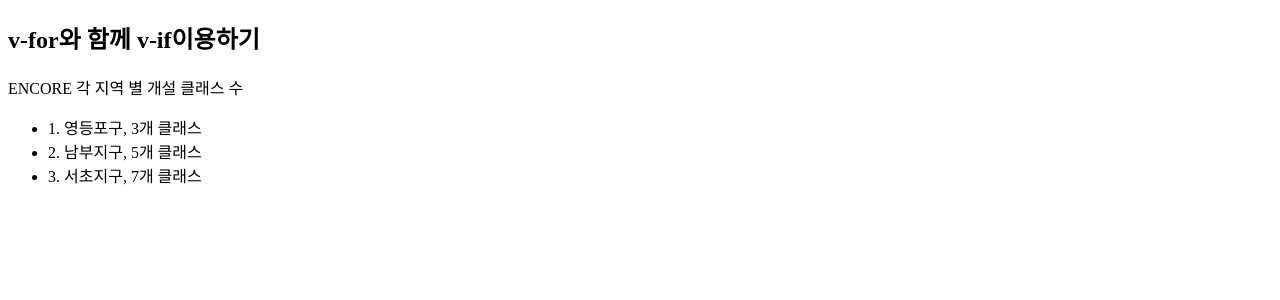
Repository: KangHoi/encore_vueWorkspace
Page: vue02_Methods/WebContent/vue10_vfor.html
These files come from the project's save history. The page is drawn as it stood at one moment and after the next save; the edit follows.
The browser window is 1280 px wide. The pictures show the whole page.
Some web libraries are served in a nearby version.

Above is the page before, as saved 2021-07-09 05:35:59.

After the next save:
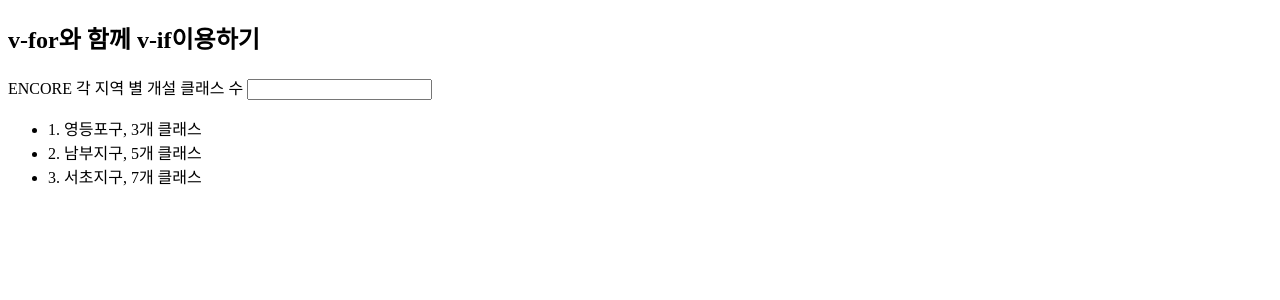
Saved 44 s later.
--- a/vue02_Methods/WebContent/vue10_vfor.html
+++ b/vue02_Methods/WebContent/vue10_vfor.html
@@ -12,6 +12,7 @@
 <h2>v-for와 함께 v-if이용하기</h2>
 <div id="app">
 	<label>ENCORE 각 지역 별 개설 클래스 수</label>
+	<input type="number">
 	<ul>
 		<li v-for="(encore,index) in encores">
 			{{index+1}}. {{encore.name}}, {{encore.count}}개 클래스
